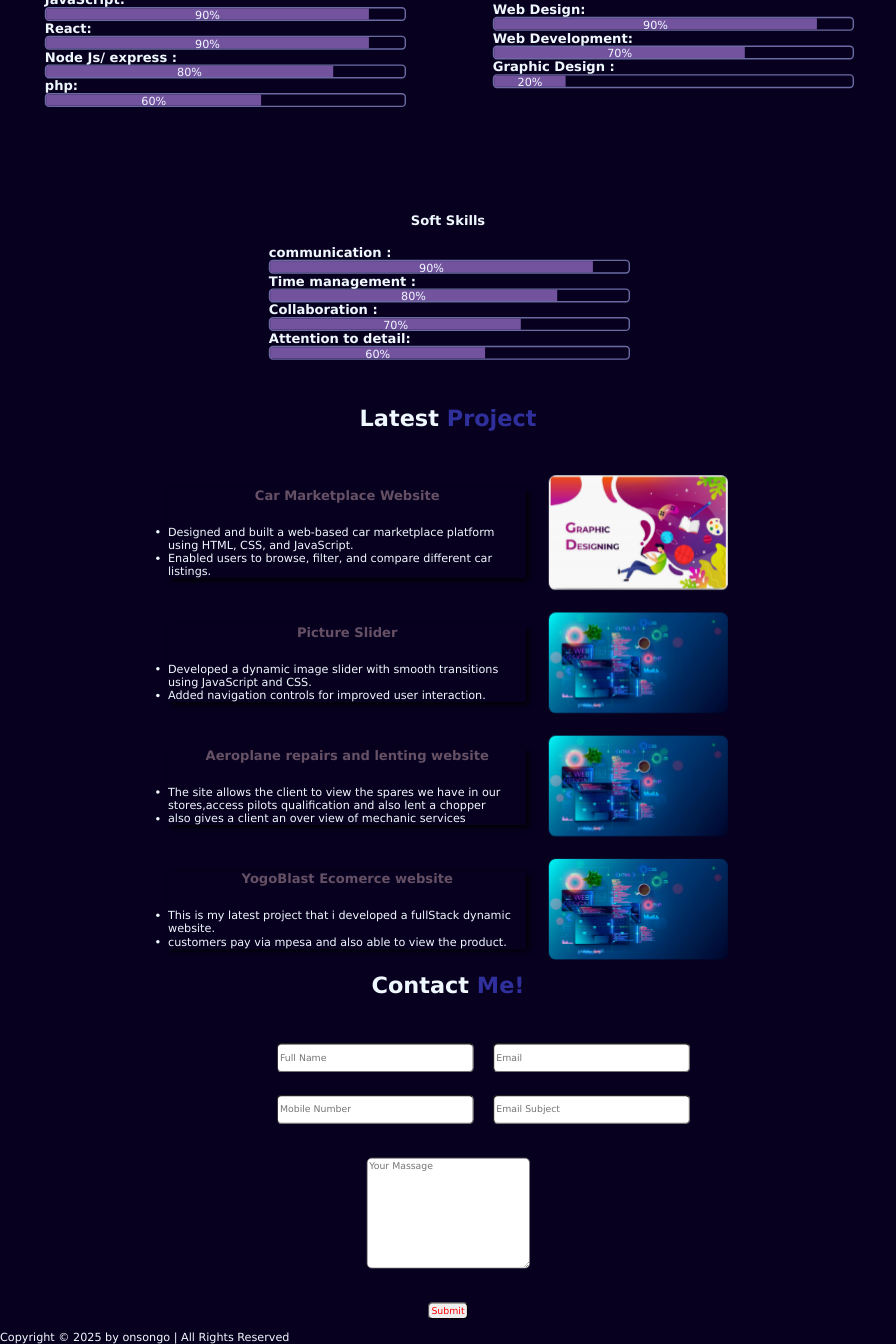
Repository: shrewd-baddest/portfolio
Page: myportfolio-main/index.html
The author's editor kept a copy of each file at every save. The page is drawn from the files as they stood at one save, then again after the next save.
The browser window is 1280 px wide. The pictures show the part of the page from y = 1650 to 3570 px (the page is 3570 px tall), at 70% of full size.
Some web libraries are served in a nearby version.

Above is the page before, as saved 2025-06-24 08:00:38.

### myportfolio-main/index.html
<!DOCTYPE html>
<html lang="en">

<head>
    <meta charset="UTF-8">
    <meta http-equiv="X-UA-Compatible" content="IE=edge">
    <meta name="viewport" content="width=device-width, initial-scale=1.0">


    <title>PAUL ONSONGO - Software Engineer Portfolio</title>
  <link rel="stylesheet" href="/sting.css">

    <link rel="icon" href="img/Picsart_24-01-07_04-34-43-464.jpg">

</head>

<body>
    <!-- header design -->
    <header class="header">
        <a href="#" class="logo " >PAUL</a>
        <div id="menu_icon" class='menu_icon'>
            <img src="\myportfolio-main\img\menu.webp" alt="">
        </div>
        <nav class="navbar" id='navbar'>
            <a href="# " class="active">Home</a>
            <a href="#about">About</a>
            <a href="#skills">Skills</a>
            <a href="#portfolio">My Project</a>
            <a href="#contact">Contact</a>

         </nav>
    </header>

    <!-- home design -->
    <section class="home " id="home">
        <div class="home-content">
             <h1 class="names">Hallo, I'm <span>onsongo</span></h1>
            <div class="text-animate">
                <h3>And I'm a</h3>
                <h3><samp class="multiple-text"></samp></h3>
            </div>
            <p class="multiple-text">
                Aspiring software engineer, passionate about coding and problem-solving. Committed to learning,
                adapting, and contributing to innovative tech solutions.
            </p>
        </div>
            <div class="btn-box">
                <a href="#"  >requesting for a job opportunity</a>
            </div>

        <div class="home_sci">

            <a href="https://wa.me/0798233766" class='box-whatsapp' id="social"> <img src="\myportfolio-main\img\wozapu.png" alt=""></a>
            <a href="https://github.com/shrewd-baddest" class=' box-github' id="social"> <img src="\myportfolio-main\img\git1.png" alt=""></a>
             <a href="https://www.linkedin.com/in/paul onsongo" class=' box-linkedin' id="social"><img src="\myportfolio-main\img\linkedin.png" alt=""></a>

        </div>
    </section>

    <!-- about  -->
    <section class="about" id="about">
        <h2 class="heading">About <span>Me</span></h2>
  <div>

      <img src="\myportfolio-main\img\shrewd.jpg" alt="" id="shrewd">
  </div>

        <div class="about-content">
            <h3 class="cont-head">Frontend Developer !</h3>
            <p class="cont-par">Passionate third-year software engineering student dedicated to mastering the art of coding. Eager to
                explore diverse facets of technology, from algorithm design to web development. Enthusiastic about
                problem-solving and collaborating on innovative projects. Proficient in languages like JavaScript and it's frameworks like React,node js, express js ,   HTML /
                CSS and php. Constantly seeking opportunities to expand my skills and contribute to the ever-evolving tech
                landscape. Adept at adapting to new challenges, I aim to blend creativity with precision in crafting
                efficient software solutions. Outside the digital realm, I enjoy staying updated on industry trends and
                fostering a collaborative learning environment. Let's build the future together!</p>
        </div>

            <a href="#" class="btn">Read More</a>

    </section>

    <!-- Skills -->
    <section class="skills" id="skills">
        <h2 class="heading">My <span>Skills</span></h2>

                <h3 class="title">Coding Skills</h3>
                 <div class="grp">


                    <div class="skills-column">
                        <div class="progress">
                            <h3> HTML :</h3>
                            <div class="bar "><div class="ht ">90%</div></div>
                        </div>
                        <div class="progress">
                            <h3><i class='box-css3'></i>CSS :</h3>
                            <div class="bar"><div class="css">80%</div></div>
                        </div>
                        <div class="progress">
                            <h3><i class='bx box-javascript'></i>JavaScript:</h3>
                            <div class="bar"><div class="js">90%</div></div>
                        </div>
                      <div class="progress">
                            <h3><i class='bx box-javascript'></i>React:</h3>
                            <div class="bar"><div class="js">90%</div></div>
                        </div>
                        <div class="progress">
                            <h3><i class='box-css3'></i>Node Js/ express :</h3>
                            <div class="bar"><div class="css">80%</div></div>
                        </div>

                        <div class="progress">
                              <h3><i class='bx box-php'></i>php:</h3>
                            <div class="bar"><div class="php">60%</div></div>

                </div>
            </div>
            <div class="skills-column">
                <h3 class="title">Professional Skills</h3>

                        <div class="progress">
                            <h3>Web Design:</h3>
                            <div class="bar"><div class="WG">90%</div></div>
                        </div>
                        <div class="progress">
                            <h3>Web Development:</h3>
                            <div class="bar"><div class="WD">70%</div></div>
                        </div>
                        <div class="progress">
                            <h3>Graphic Design :</h3>
                            <div class="bar"><div class="GD">20%</div></div>
                        </div>

                    </div>

            <div class="skills-column">
                <h3 class="title">Soft Skills</h3>
                <div class="skills-box">
                    <div class="skills-content">
                        <div class="progress">
                            <h3>communication :</h3>
                            <div class="bar"><div class="CO">90%</div></div>
                        </div>
                        <div class="progress">
                            <h3>Time management :</h3>
                            <div class="bar"><div class="TM">80%</div></div>
                        </div>
                        <div class="progress">
                            <h3>Collaboration :</h3>
                            <div class="bar"><div class="CB">70%</div></div>
                        </div>
                        <div class="progress">
                            <h3>Attention to detail:</h3>
                            <div class="bar"><div class="AT">60%</div></div>
                        </div>
                    </div>
                </div>
            </div>
        </div>

        </div>

    </section>

    <!-- portfolio -->
    <section class="portfolio" id="portfolio">
        <h2 class="heading">Latest <span>Project</span></h2>
        <div class="portfolio-container">
            <div class="portfolio-box">
                <div class="portfolio-layer">
                 <a href=""> <h3>Car Marketplace Website</h3> </a>
                  <ul>
                    <li>Designed and built a web-based car marketplace platform using HTML, CSS, and JavaScript.</li>
                    <li>Enabled users to browse, filter, and compare different car listings.</li>
                  </ul>



                 </div>
                <img src="img/grp.jpg" class="imag">
            </div>
            <div class="portfolio-box">
                <div class="portfolio-layer">
                   <a href=""> <h3>Picture Slider</h3></a>
                    <ul>
                        <li>Developed a dynamic image slider with smooth transitions using JavaScript and CSS.</li>
                        <li>Added navigation controls for improved user interaction.</li>
                    </ul>


                    <a href="#"><i class='bx bx-link-external'></i></a>
                </div>
                <img src="img/dhls5o34.png" class="imag">
           </div>

            <div class="portfolio-box">
                <div class="portfolio-layer">
                <a href=""><h3>Aeroplane repairs and lenting website </h3></a>
             <ul>
      <li>The site allows the client to view the spares we have in our stores,access pilots qualification and also lent a chopper</li>
      <li> also gives a client an over view of mechanic services</li>
             </ul>
                <a href="#"><i class='bx bx-link-external'></i></a>
            </div>
                <img src="img/dhls5o34.png" class="imag">

            </div>
                     <div class="portfolio-box">
                <div class="portfolio-layer">
                   <a href=""> <h3>YogoBlast Ecomerce website</h3></a>
                    <ul>
                        <li>This is my latest project that i developed a fullStack dynamic website.</li>
                        <li>customers pay via mpesa and also able to view the product.</li>
                    </ul>


                    <a href="#"><i class='bx bx-link-external'></i></a>
                </div>
                <img src="img/dhls5o34.png" class="imag">
           </div>
        </div>
    </section>

    <!-- Contact -->
    <section class="contact" id="contact">
        <h2 class="heading">Contact <span>Me!</span></h2>
        <form action="#">
            <div class="input-box">
                <div class="input-field">
                    <input id="name" type="text" placeholder="Full Name" required>
                </div>
                <div class="input-field">
                    <input id="email" type="email" placeholder="Email" required>
                </div>
            </div>
            <div class="input-box">
                <div class="input-field">
                    <input id="mobile" type="number" placeholder="Mobile Number" required>
                </div>
                <div class="input-field">
                    <input id="emails" type="text" placeholder="Email Subject" required>
                </div>
            </div>
            <div class="textarea-field">
                <textarea id="massage" cols="30" rows="10" placeholder="Your Massage" required></textarea>

                <input type="submit" id="sub">
            </div>

        </form>
    </section>
    <!-- /Contact -->

    <footer class="footer">
        <div class="footer-text">
            <p>Copyright &copy; 2025 by onsongo | All Rights Reserved</p>
        </div>
        <div class="footer-iconTop">
            <a href="#"><i class='bx bx-upvote'></i></a>
        </div>
    </footer>
    <script src="https://cdnjs.cloudflare.com/ajax/libs/gsap/3.12.2/gsap.min.js"></script>
    <script src="https://cdnjs.cloudflare.com/ajax/libs/gsap/3.12.2/ScrollTrigger.min.js"></script>

    <script src="./script.js"></script>
    <script>
        const tl=gsap.timeline()
 tl.from('.names',
 {
       x:-100,
opacity:0,
duration:2,
}).from('.text-animate',{
x:-100,
opacity:0,
duration:2,
}).from('.multiple-text',{
    fontSize:'0.2',
    duration:3,
    ease:Power2.inOut,
}).from('#social',{
    y:-100,
opacity:0,
ease:'bounce',
    stagger:{
       amount:1.5,
        grid:'auto',
        axis:'y',
        from:'end',
    }
})
gsap.timeline({scrollTrigger: {
    trigger: '#shrewd',
    start: 'top 90%',
    end: 'bottom 70%',

  }}).from('#shrewd',{
    y:200,
    duration:1,
    opacity:0,


 }).from('.cont-head',{
    fontSize:'0.2',
    duration:1,
    ease:Power2.in,

}).from('.cont-par',{
    fontSize:'0.2',
    duration:3,
    ease:Power2.inOut,

})


gsap.timeline({
  scrollTrigger: {
    trigger: '.portfolio',
    start: 'top 90%',
    end: 'bottom 70%',
    toggleActions: 'play none none none'
  }
})
.from(".portfolio-layer", {
  x: -200,
  opacity: 0,
      duration:1,
  stagger: {
    amount:1.5,
    each: 1,
  }
}).from(".imag",{
     delay:0.4,
    opacity:0,
    duration:0.5,
    y:-40,
    ease:"bounce",

})


    </script>
</body>

</html>

### sting.css
*{
    margin: 0%;
    font-family: Verdana, Geneva, Tahoma, sans-serif;
    color: aliceblue;
    margin: 0;
    padding: 0;
     text-decoration: none;
    scroll-behavior: smooth;
 }
body{
    background-color: #07011f;
     position: relative;
     overflow-x: hidden;
}
.header{
    display:flex;
    flex-direction: row;
    flex-wrap: nowrap;
    position: sticky;
    top: 0%;
    background-color: black;
    z-index: 1000;
}
.logo{
    margin: 2rem;
    color: rgb(194, 154, 233);
    font-size: 1.5rem;
    font-weight: bolder;
    text-decoration: none;
}
.navbar{
    display: grid;
    grid-template-columns:   auto auto auto auto auto;
    position: absolute;
right: 9%;
margin-top : 2rem;
z-index: 999;

/* flex-wrap: nowrap; */

}
.navbar a{
    text-decoration: none;
    /* margin-left:2%; */
    margin-left:1.3rem;
}
.navbar a:active,a:hover {
    color: rgb(24, 74, 117);
}
 #menu_icon img{
  width:5%;
  /* height: 5%; */
  margin-top : 1.5rem;
  position: absolute;
  right: 10px;

}
.menu_icon{
  display: none;
}

.disappear{
  display: none;
}

.cool{

  display: flex;
  justify-content: center;
  align-items: center;
  flex-direction: column;

  background-color: rgb(31, 29, 33);
  list-style-type: none;
  color: rgb(35, 21, 65);
  /* max-height: 60%; */


}

.home_sci{
 display: flex;
 flex-direction: row;
 flex-wrap: nowrap;
 margin: 5rem;
}

.home_sci a img{
  width: 50%;
}

.home-content{
   margin-left: 3rem;
   max-width: 45%;
}
.home-content h1{
font-size: 2rem;
margin-top: 5rem;
margin-bottom: 4rem;
}
.text-animate h3{
    font-size: 1.4rem;
    color: rgb(178, 178, 215);
}
.home>.btn-box {
    border: 0px solid;
    margin: 3rem;
    background-color: rgb(112, 112, 162);
    padding:4px;

    border-radius: 7px;
    max-width: fit-content;
}
.btn-box a{
    text-decoration: none;

}

.about{
  background-color: rgb(29, 28, 54);
  margin-bottom: 3rem;
  padding-bottom: 3rem;

}
.about>.heading{
  font-size: 2rem;
  text-align: center;
}
.about>.heading >span{
  color: blueviolet;
}
.btn{
  border: 0px solid;
  margin: 3rem;
  background-color: rgb(112, 112, 162);
  padding:4px;

  border-radius: 7px;
  max-width: fit-content;
}
 #shrewd{
 margin-left: 30%;
  width: 35%;
  height: fit-content;
  border-radius: 50%;
 }

.about-content {
  text-align: center;
}
.about-content h3 {
  display: inline-block;
  font-size: 2.6rem;
}
.about-content p {
  font-size: 1rem;
  margin:  3rem;
}
.btn-box{
  color: white;
  margin: auto;

   transition-duration: 1s;
}
.btn-box:hover{
  background-color: rgb(29, 28, 54);
  border: 1px solid white;
}
.grp{
  display: flex;
  justify-content: center;
   align-items: center;
  flex-direction: row;
  flex-wrap: wrap;
}
 .bar{
  /* position: relative; */
  /* box-sizing: border-box; */
  height: 1rem;
  border: 2px rgb(106, 107, 163) solid;
  border-radius: 6px;
  width: 100%;

 }
 .skills-column{
  border: 0px blue solid;
  margin: 4rem;
  width:40%;
 }
.ht {
  /* position: absolute; */
  height: 1rem;
  width: 90%;
  text-align: center;
  background-color: rgb(115, 83, 158);
 }
.skills>.heading{
  text-align: center;
  font-size: 2rem;
  margin-bottom: 3rem;
}
.skills>.heading span{
  color: rgb(48, 48, 156);
}
.skills div>.title{
  margin: 1.5rem;
  text-align: center;
}
.css {
  /* position: absolute; */
  height: 1rem;
  width: 80%;
  text-align: center;
  background-color: rgb(115, 83, 158);
 }
 .js{
  /* position: absolute; */
  height: 1rem;
  width: 90%;
  background-color: rgb(115, 83, 158);
  text-align: center;
 }
 .py{
  /* position: absolute; */
  height: 1rem;
  width: 20%;
  background-color: rgb(115, 83, 158);
  text-align: center;
 }
 .WG{
    height: 1rem;
  width: 90%;
  background-color: rgb(115, 83, 158);
  text-align: center;
 }
 .WD{
    height: 1rem;
  width: 70%;
  background-color: rgb(115, 83, 158);
  text-align: center;
 }
 .GD{
    height: 1rem;
  width: 20%;
  background-color: rgb(115, 83, 158);
  text-align: center;
 }
.php{
    height: 1rem;
  width: 60%;
  background-color: rgb(115, 83, 158);
  text-align: center;
}
 .CO{
  height: 1rem;
width: 90%;
background-color: rgb(115, 83, 158);
text-align: center;
}
.TM{
  height: 1rem;
width: 80%;
background-color: rgb(115, 83, 158);
text-align: center;
}
.CB{
  height: 1rem;
width: 70%;
background-color: rgb(115, 83, 158);
text-align: center;
}
.AT{
  height: 1rem;
width: 60%;
background-color: rgb(115, 83, 158);
text-align: center;
}
.portfolio-box{
  display: flex;
  justify-content: center;
  align-items: center;

}
.portfolio-layer{
 max-width: 40%;
  box-shadow: 4px 4px 8px black;
  margin: 1rem;
}
.portfolio-layer h3{
    text-align: center;
    margin-bottom: 2rem;
    color: rgb(101, 80, 101);
  }
  .portfolio-layer a{
    text-decoration: none;
  }

.portfolio-box img{
   width: 20%;
   height: 20%;
  margin: 1rem;
  border-radius: 10px;
}
.portfolio>.heading{
  text-align: center;
  font-size: 2rem;
  margin-bottom: 3rem;
}
.portfolio>.heading span{
  color: rgb(48, 48, 156);
}
/* form{
  display: flex;
  justify-content: center;
  align-items: center;
  flex-direction: row;
  flex-wrap: wrap;
} */
.input-box{
  display: flex;
  justify-content: center;
  align-items: center;

  flex-wrap: wrap;
}

.input-field{
  margin: 4rem;
  margin-bottom: 1rem;
  margin-top: 1rem;

}
.input-field>input{
  width: 150%;
  height: 2rem;
  padding: 3px;
  border-radius: 7px;
  color:black;

}

.contact>.heading{
  text-align: center;
  font-size: 2rem;
  margin-bottom: 3rem;
}
.contact>.heading span{
  color: rgb(48, 48, 156);
}
.textarea-field{
 /* position: absolute; */
display: flex;
justify-content: center;
align-items: center;
flex-direction: column;
  color:black;

  /* background-color: rgb(54, 29, 111); */
}
input[type='submit']{
  color: red;
  padding: 3px;

}
#massage{
  padding: 3px;
  margin:2rem ;
  border-radius: 7px;
}
#sub{
  margin: 1rem;
  border-radius: 7px;

}
#sub:hover{
  cursor: pointer;

}

### myportfolio-main/script.js


const menuicon = document.getElementById("menu_icon");
const navbar = document.getElementById("navbar");
  let parentelem=navbar.closest('.header')


   let isElementCreated = false;
     window.addEventListener("resize",()=>{

         const screenWidth = window.screen.width; // Total screen width
         const currentWidth = window.innerWidth;
 if(currentWidth<=screenWidth * 0.4 && !isElementCreated) {
         menuicon.classList.remove("menu_icon");
         navbar.style.display= "none";
        menuicon.addEventListener('click',()=>{

 if( navbar.style.display==="none"){
    navbar.style.display= "grid";
    parentelem.classList.remove('header')
    navbar.classList.replace('navbar','cool');

 }
 else{
        navbar.style.display= "none";
 }

})
 isElementCreated =true;
 }
         else if(currentWidth > screenWidth * 0.4 && isElementCreated){
             // results.textContent="screenWidth";
                    //  const element=document.getElementById("dope");

                    navbar.style.display= "grid";
                    menuicon.classList.add("menu_icon");


if(navbar .classList.contains("cool")){
       parentelem.classList.add('header')
 navbar.classList.replace("cool","navbar");
}




isElementCreated = false;

         }})

After the next save:
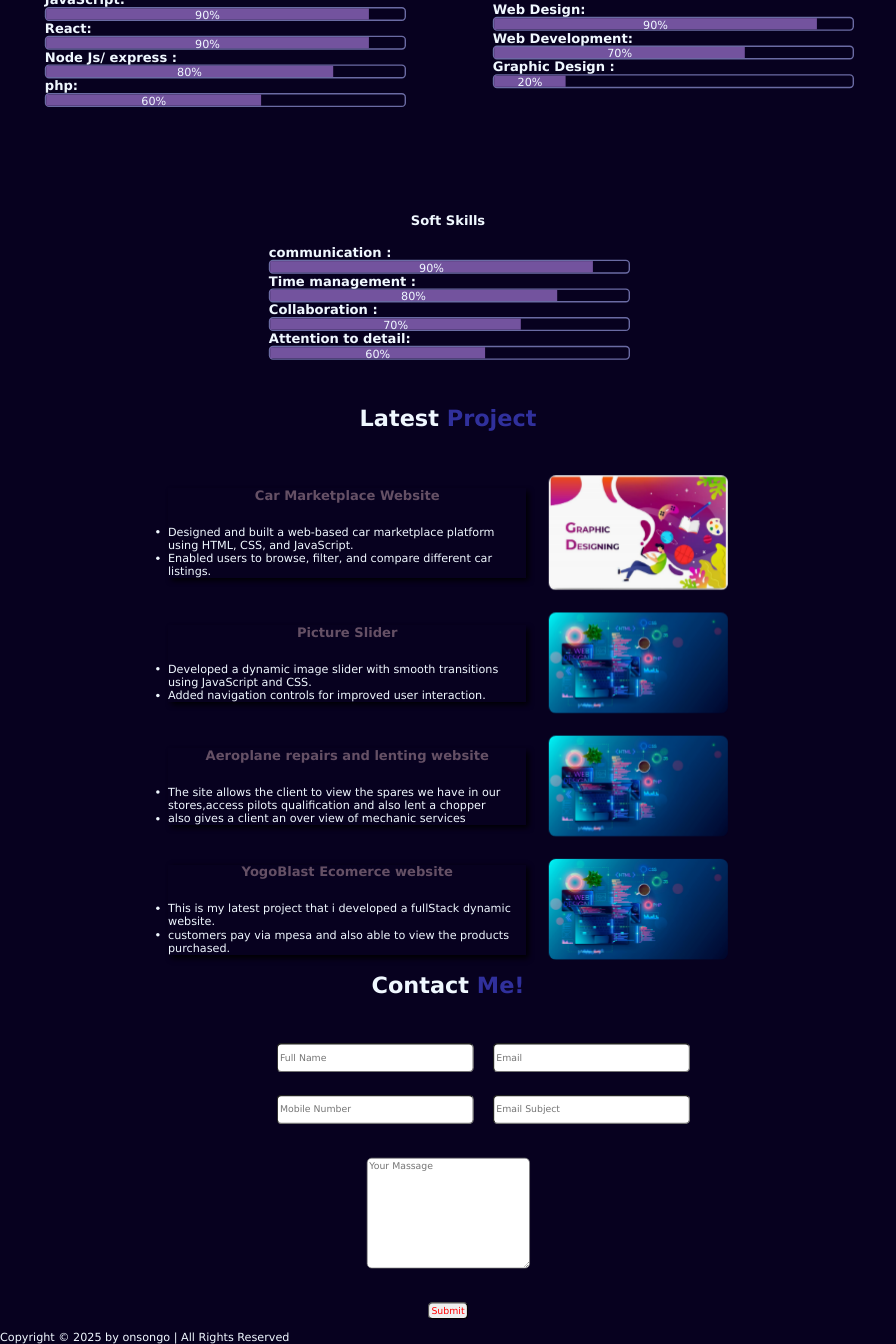
Saved 5 s later.
--- a/myportfolio-main/index.html
+++ b/myportfolio-main/index.html
@@ -211,7 +211,7 @@
                    <a href=""> <h3>YogoBlast Ecomerce website</h3></a>
                     <ul>
                         <li>This is my latest project that i developed a fullStack dynamic website.</li>
-                        <li>customers pay via mpesa and also able to view the product.</li>
+                        <li>customers pay via mpesa and also able to view the products purchased.</li>
                     </ul>
 
 
